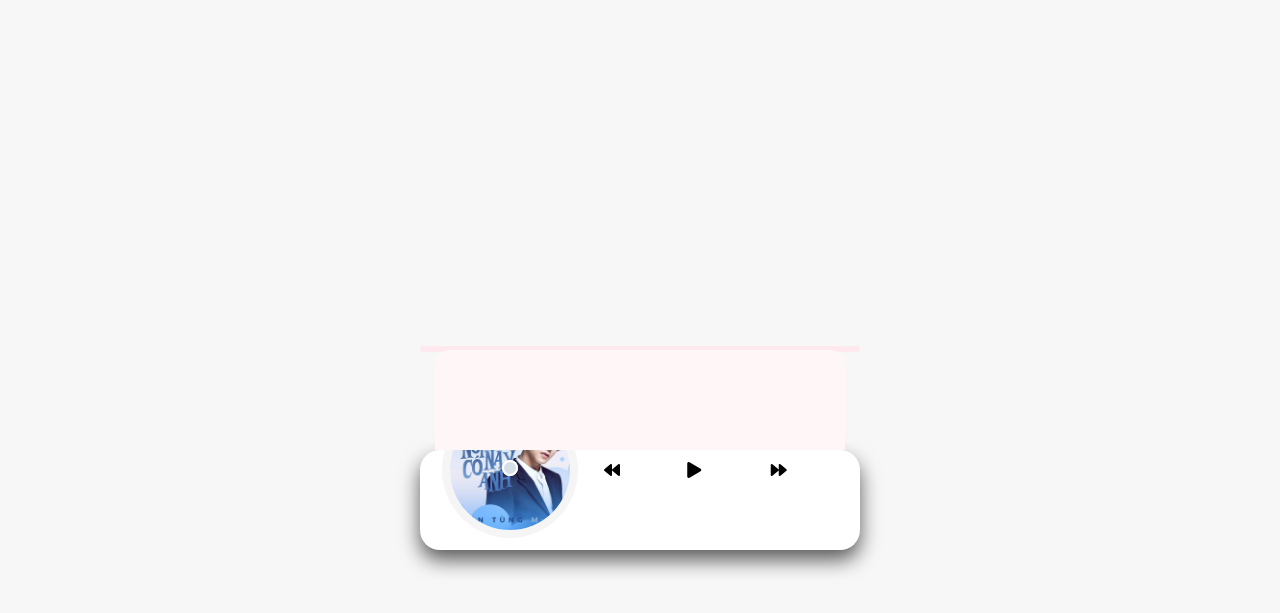
Repository: nguyentien110-fe/Music_Player_Demo
Page: index.html
These files come from the project's save history. The page is drawn as it stood at one moment and after the next save; the edit follows.
The browser window is 1280 px wide. The pictures show the whole page.

Above is the page before, as saved 2021-08-29 21:58:27.

After the next save:
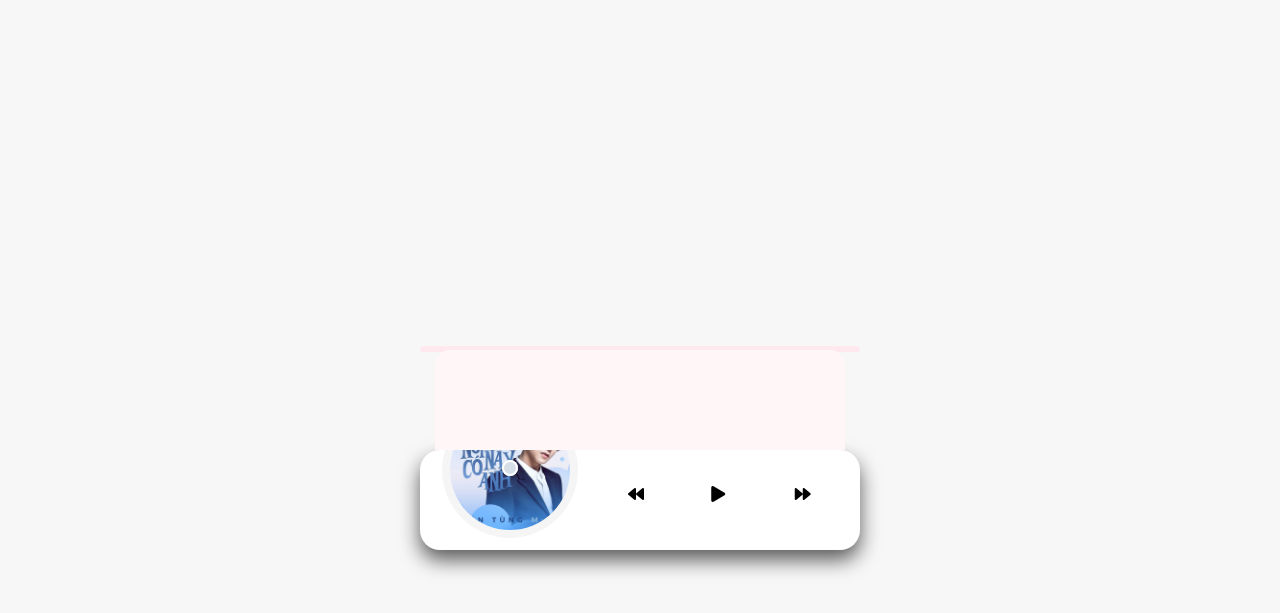
Saved 6 s later.
--- a/style.css
+++ b/style.css
@@ -248,4 +248,5 @@
 .button {
     width: 26px;
     height: 26px;
-}
+    padding: 24px;
+}
